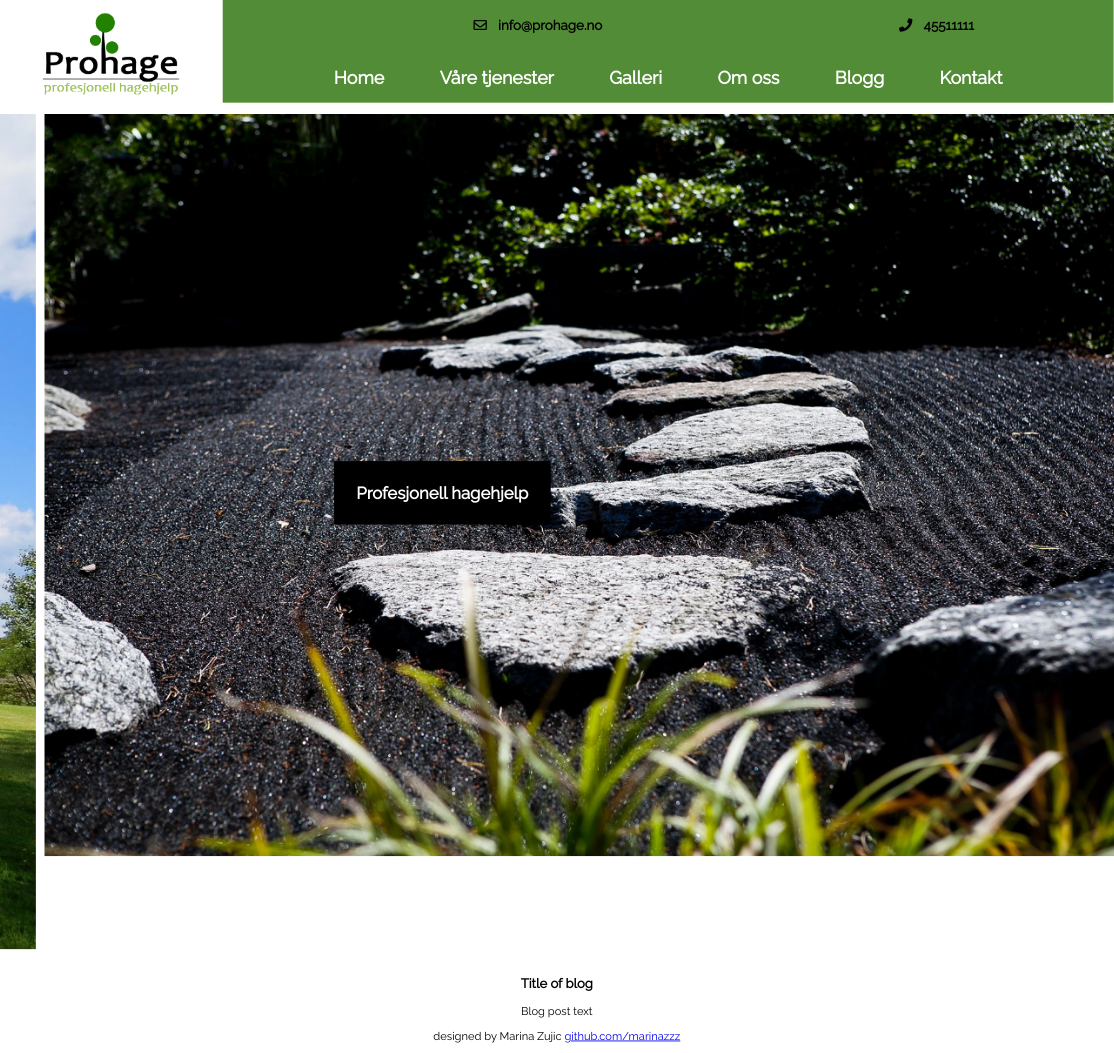
Repository: marinazzz/garden-design-website
Page: Garden design website/index.html
An editor plug-in stored every save of this project. The page is shown before and after the next save, followed by the edit.
The browser window is 1280 px wide. The pictures show the whole page, at 87% of full size.

Above is the page before, as saved 2020-03-28 14:30:38.

### Garden design website/index.html
<!DOCTYPE html>
<html lang="nb">
<head>
    <title>Hagedesign Oslo</title>
    <link rel="stylesheet" type="text/css" href="CSS/fontawesome-free-5.12.1-web/css/all.min.css">
    <link rel="stylesheet" type="text/css" href="CSS/style.css"/>
    <link rel="stylesheet" type="text/css" href="CSS/min-width-768px.css">
    <link rel="stylesheet" type="text/css" href="CSS/min-width-992px.css">
    <link rel="stylesheet" type="text/css" href="PLUGINS/glide-master/dist/css/glide.core.min.css" />
    <link rel="stylesheet" type="text/css" href="PLUGINS/glide-master/dist/css/glide.theme.min.css" />
    <link href="https://fonts.googleapis.com/css?family=Raleway&display=swap" rel="stylesheet">
    <meta name="viewport" content="width=device-width, initial-scale=1" charset="UTF-8">
</head>
<body>
    <header class="header--white-green">
        <div class="container__menu--small container__menu "> <!--grid container-->
            <div class="container__logo"> <!--1.column-->
                <img class="logo"src="images/prohage black.png" alt="Prohage logo">
            </div>
            <div class="container__items--small container__items"> <!--2.column-->
                <div class="container__item"> <!--1.row-->
                     <a href="mailto:info@prohage.no"
                         class ="container__item-txt"><i class="far fa-envelope"></i>info@prohage.no</a>
                     <a href="tlf:45511111"
                         class="container__item-txt"><i class="fas fa-phone"></i>45511111</a>
                </div>
               <div class="container__item-bottom"> <!--2.row-->
                   <button class="menu__toggle">
                       <i class="fas fa-bars"></i>
                   </button>
                   <nav id="menu">
                        <ul class="menu__list">
                            <li class="menu__item">
                                <a class="menu__link" href="home">Home</a>
                            </li>
                            <li class="menu__item">
                                <a class="menu__link" href="#services">Våre tjenester</a>
                            </li>
                            <li class="menu__item">
                                <a class="menu__link" href="#gallery">Galleri</a>
                            </li>
                            <li class="menu__item">
                                <a class="menu__link" href="#about">Om oss</a>
                            </li>
                            <li class="menu__item">
                                <a class="menu__link" href="#blog">Blogg</a>
                            </li>
                            <li class="menu__item">
                                <a class="menu__link" href="kontakt">Kontakt</a>
                            </li>
                       </ul>
                   </nav>
               </div>
            </div>
        </div>
        <section id="main-photo">
            <div class="glide">
                <div class="glide__track"
                     data-glide-el="track">
                    <ul class="glide__slides">
                        <li class="glide__slide">
                            <img class="main-photo__item"
                                 srcset="images/architecture-clouds-daylight-2000.jpg 2000w,
                                        images/architecture-clouds-daylight-1000.jpg 1000w"
                                 sizes="(min-width: 1440px) 2000px, 100vw"
                                 src="images/architecture-clouds-daylight-2000.jpg" alt="Garden">
                        </li>
                        <li class="glide__slide">
                            <img class="main-photo__item"
                            srcset="images/daylight-environment-garden-2000.jpg 2000w,
                                    images/daylight-environment-garden-1000.jpg 1000w"
                            sizes="(min-width: 1440px) 2000px, 100vw"
                            src="images/daylight-environment-garden-2000.jpg" alt="Garden and plants" >
                        </li>
                        <li class="glide__slide">
                            <img class="main-photo__item"
                            srcset="images/main-header-photo-2000.jpg 2000w,
                                    images/main-header-photo-1000.jpg 1000w"
                            sizes="(min-width: 1440px) 2000px, 100vw"
                            src="images/main-header-photo-2000.jpg" alt="Garden and plants" >
                        </li>
                        <li class="glide__slide">
                            <img class="main-photo__item"
                            srcset="images/header-photo-2000.jpg 2000w,
                                    images/header-photo-1000.jpg 1000w"
                            sizes="(min-width: 1440px) 2000px, 100vw"
                            src="images/header-photo-2000.jpg" alt="Garden designed by proffesional" >
                        </li>
                        <li class="glide__slide">
                            <img class="main-photo__item"
                            srcset="images/bloom-blooming-blur-2000.jpg 2000w,
                                    images/bloom-blooming-blur-1000.jpg 1000w"
                            sizes="(min-width: 1440px) 2000px, 100vw"
                            src="images/bloom-blooming-blur-2000.jpg" alt="Garden designed by proffesional" >
                        </li>
                    </ul>
                    <h1 class="main-photo__title">Profesjonell hagehjelp</h1>
                </div>
                <!--<div class="glide__arrows"
                         data-glide-el="controls">
                        <button class="glide__arrow glide__arrow--left"
                                data-glide-dir="<">
                            <i class="fas fa-chevron-circle-left"></i>
                        </button>
                        <button class="glide__arrow glide__arrow--right"
                                data-glide-dir=">">
                            <i class="fas fa-chevron-circle-right"></i>
                        </button>
                    </div>-->
            </div>

            <!--<img class="main-photo__item1"
                 srcset="images/architecture-clouds-daylight-2000.jpg 2000w,
                         images/architecture-clouds-daylight-1000.jpg 1000w"
                 sizes="(min-width: 1440px) 2000px, 100vw"
                 src="images/architecture-clouds-daylight-2000.jpg" alt="Garden">
            <img class="main-photo__item2"
                 srcset="images/header-photo-2000.jpg 2000w,
                         images/header-photo-1000.jpg 1000w"
                 sizes="(min-width: 1440px) 2000px, 100vw"
                 src="images/header-photo-2000.jpg" alt="Garden designed by proffesional" >
            <img class="main-photo__item3"
                 srcset="images/main-header-photo-2000.jpg 2000w,
                         images/main-header-photo-1000.jpg 1000w"
                 sizes="(min-width: 1440px) 2000px, 100vw"
                 src="images/main-header-photo-2000.jpg" alt="Garden and plants" >
            <h1 class="main-photo__title">Profesjonell hagehjelp</h1>-->
        </section>
     </header>
     <main>
         <section id="services">

         </section>
         <section id="gallery">

        </section>
         <article id="blog-posts">
             <h3>Title of blog</h2>
             <p>Blog post text</p>
         </article>
         <section id="about oss">

        </section>
     </main>
     <footer>
	     <p>designed by Marina Zujic
		     <a href="https://github.com/marinazzz">github.com/marinazzz</a>
	     </p>
     </footer>
     <script src="PLUGINS/glide-master/dist/glide.min.js"></script>
     <script>
        new Glide('.glide', {
            type: 'carousel',
            autoplay: true,
            hoverpause: false,
            perView: 1,
            animationDuration: 8000
        }).mount()
      </script>
     <script src="JS/js-app.js"></script>
</body>
</html>

### Garden design website/CSS/style.css
html {
  font-size: 62.5%;
}

body {
  margin: 0;
  padding: 0;
  text-align: center;
  box-sizing: border-box;
  font-family: 'Raleway', sans-serif;
}

       /*__ HEADER__ */

/*color styles*/
.header--white-green {
  --header-bg-color: #528C36;
  --header-link-color: black;
  --header-menu-link: #fff;
  --header-toggle-color: #528C36;
}

/*main style*/
.container__menu--small {
  display: flex;
  justify-content: space-around;
}

.logo {
  max-height: 8rem;
}

.container__items--small {
  display: grid;
  grid-template-rows: 1fr 1fr;
  align-content: flex-end;
  width: 250px;
}

.container__item {
  align-self: center;
}

.container__item, .container__item-bottom {
  text-align: end;
}

.container__item-txt {
  color: var(--header-link-color);
  text-decoration: none;
  font-size: 1.2rem;
}

.container__item > a:first-of-type {
  padding-right: 1.6rem;
}

.container__item-bottom > nav {
  text-align: center;
}

.menu__toggle {
  color: var(--header-bg-color);
  box-sizing: border-box;
  border: none;
  background-color: transparent;
  outline: none;
  font-size: 3rem;
  line-height: 0;
  padding: 0.5rem;
  color: var(--header-toggle-color);
  position: relative;
  z-index: 100;
}

.fa-phone, .fa-envelope {
  margin-right: 1rem;
}


/* MENU */

#menu {
  position: absolute;
  top: auto;
  left: 0;
  width: 100%;
  padding-top: 1rem;
  background-color: var(--header-bg-color);
  z-index: 20;
}

.menu__list {
  padding: 0;
  margin: 0;
  display: flex;
  flex-direction: column;
}

.menu__item {
  display: block;
  margin-bottom: 1rem;
}

.menu__link {
  color: var(--header-menu-link);
  text-decoration: none;
  font-size: 1.6rem;
}

.menu-opened {
  display: none;
}


/*FOR SMALL DEVICES*/

@media screen and (max-width: 420px) {

  .logo {
    max-height: 7rem;
  }

  .container__items--small {
    width: auto;
    align-self: center;
  }

  .container__item > a:first-of-type {
    padding-right: 1.3rem;
  }

  .container__item {
    text-align: center;
  }

  .fa-phone, .fa-envelope {
    margin-right: 0.3rem;
  }
}

/* MAIN PICTURE */

#main-photo {
  position: relative;
}

.main-photo__item {
   width: 100%;
}

/* GLIDE SLIDER CSS OVERRIDES */
#main-photo .glide__arrow  {
  font-size: 4rem;
  padding: 0;
  border-color: transparent;
  box-shadow: none;
  border-radius: 50%;
  line-height: 0;
  transition: all 200ms ease-in-out;
}

#main-photo .glide__arrow:hover {
  border-color: #252525;
  color: #252525;
}

.main-photo__title {
  position: absolute;
  top: 40%;
  left: 30%;
  color: white;
  background-color: black;
  padding: 2rem;
}

/*#main-photo {
  position: relative;
}

.main-photo__item {
   width: 100%;
}

.main-photo__title {
  position: absolute;
  bottom: 1rem;
  left: 20rem;
  font-size: 2rem;
}*/



/*1. COLOR OPTION*/
/* CSS variables*/
/* :root {
  --header-bg-color: #4daa57;
  --header-top-bg-color: #252525;
  --header-toggle-color: #fff;
}*/

/*.top-header__item {
  color: var(--header-link-color);
  text-decoration: none;
  font-size: 1.4rem;
}*/


/*------MAIN----------*/

### Garden design website/CSS/min-width-768px.css
@media screen and (min-width: 768px) {

  html {
    font-size: 70%;
  }

   /* HEADER */

   .container__menu {
    display: grid;
    grid-template-columns: 2fr 80%;;
  }

  .logo {
    z-index: 100;
  }

  .container__items {
    display: grid;
    grid-template-rows: 1fr 1fr;
    background: var(--header-bg-color);
    width: auto;
  }

  .container__item {
    align-self: center;
    display: flex;
    justify-content: space-around;
    /*padding-left: 23rem;*/
  }

  .container__item-bottom {
    display: flex;
    align-items: center;
  }

  .menu__toggle {
    display: none;
  }

  /* NAVIGATION */

  .menu-opened .menu__item .menu__link {
    display: block;
  }

  #menu {
    display: block;
    position: static;
    padding: 0;
    top: 0;
  }

  .menu__list {
    flex-direction: row;
    justify-content: space-evenly;
  }

  .menu__item {
    margin: 0;
  }

  .menu__item:hover {
    background-color:#272727;
  }

  .menu__link:active {
    color:black;
  }

  .menu__link, .container__item-txt {
    font-weight: bold;
  }


  /* color styles */

  :root {
    /*header*/
    --header-bg-color:#528C36;
    --link-color: #FCFDF9;
  }

}

### Garden design website/CSS/min-width-992px.css
@media screen and (min-width: 992px) {
    html {
        font-size: 80%;
    }

    .logo {
        max-height: 9rem;
    }

    .container__item {
        padding-left: 10rem;
    }

    .container__item-bottom {
        padding: 0 5rem;
    }
}

@media screen and (min-width: 1440px) {
    .container__item {
        padding-left: 22rem;
    }
}

@media screen and (min-width: 2560px) {

    .logo {
        max-height: 12rem;
    }

    .container__item {
        justify-self: center;
    }

    .container__item > a:first-of-type {
        padding: 0 13rem;
    }

    .container__item-bottom {
        padding: 0 40rem;
    }
}

### Garden design website/JS/js-app.js
let mainNav = document.getElementById("menu");

let navBarToggle = document.querySelector(".menu__toggle");

navBarToggle.addEventListener("click", function () {

    mainNav.classList.toggle("menu-opened");
});

Loaded but not shown: Garden design website/CSS/fontawesome-free-5.12.1-web/css/all.min.css (library); Garden design website/PLUGINS/glide-master/dist/css/glide.core.min.css (common file); Garden design website/PLUGINS/glide-master/dist/css/glide.theme.min.css (common file); Garden design website/PLUGINS/glide-master/dist/glide.min.js (library)

After the next save:
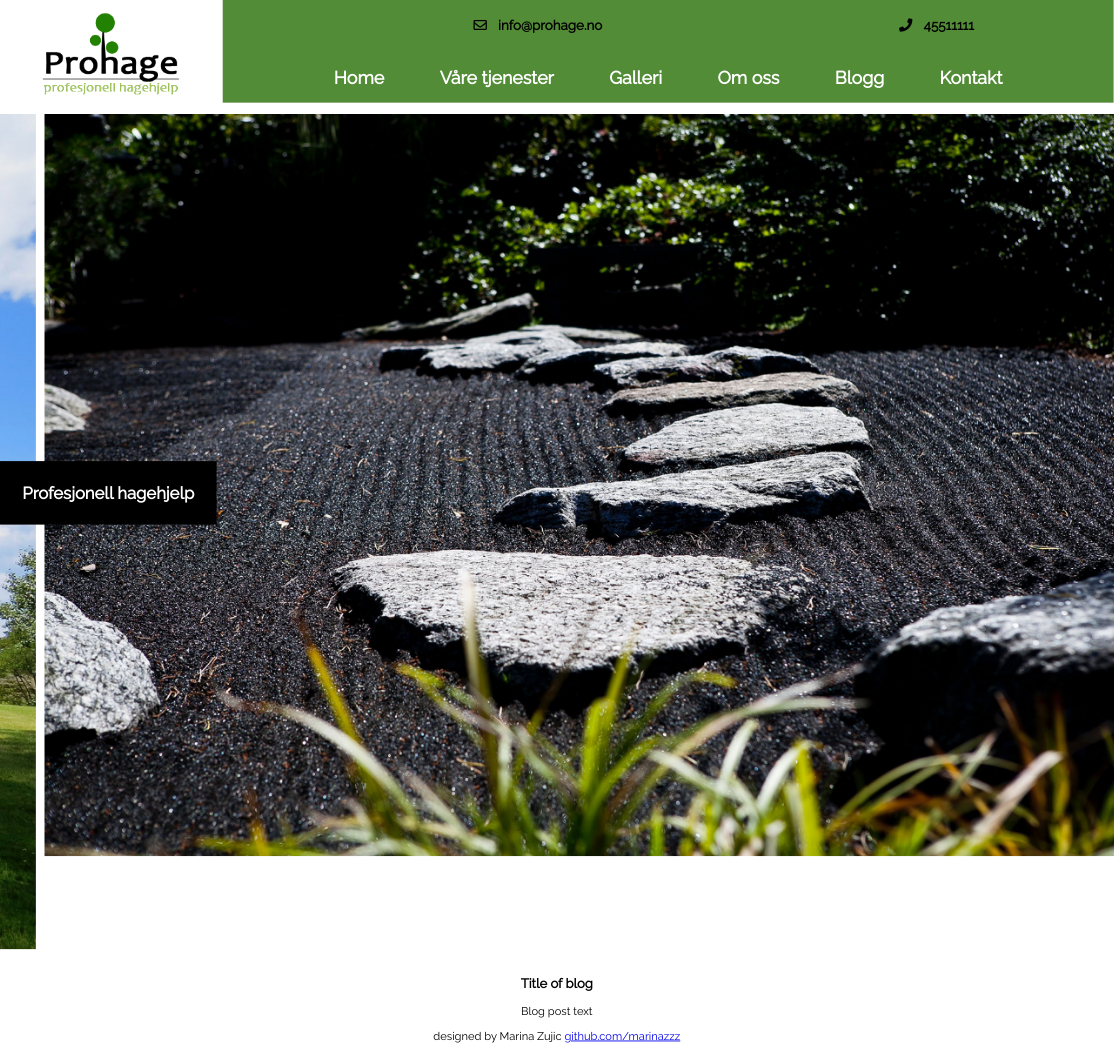
Saved 4 h 40 min later.
--- a/Garden design website/CSS/style.css
+++ b/Garden design website/CSS/style.css
@@ -172,6 +172,14 @@ body {
   color: white;
   background-color: black;
   padding: 2rem;
+  animation-name: main-txt;
+  animation-duration: 3s;
+  animation-fill-mode: forwards;
+}
+
+@keyframes main-txt {
+  0% {left: -500px;}
+  100% {left: 0;}
 }
 
 /*#main-photo {
